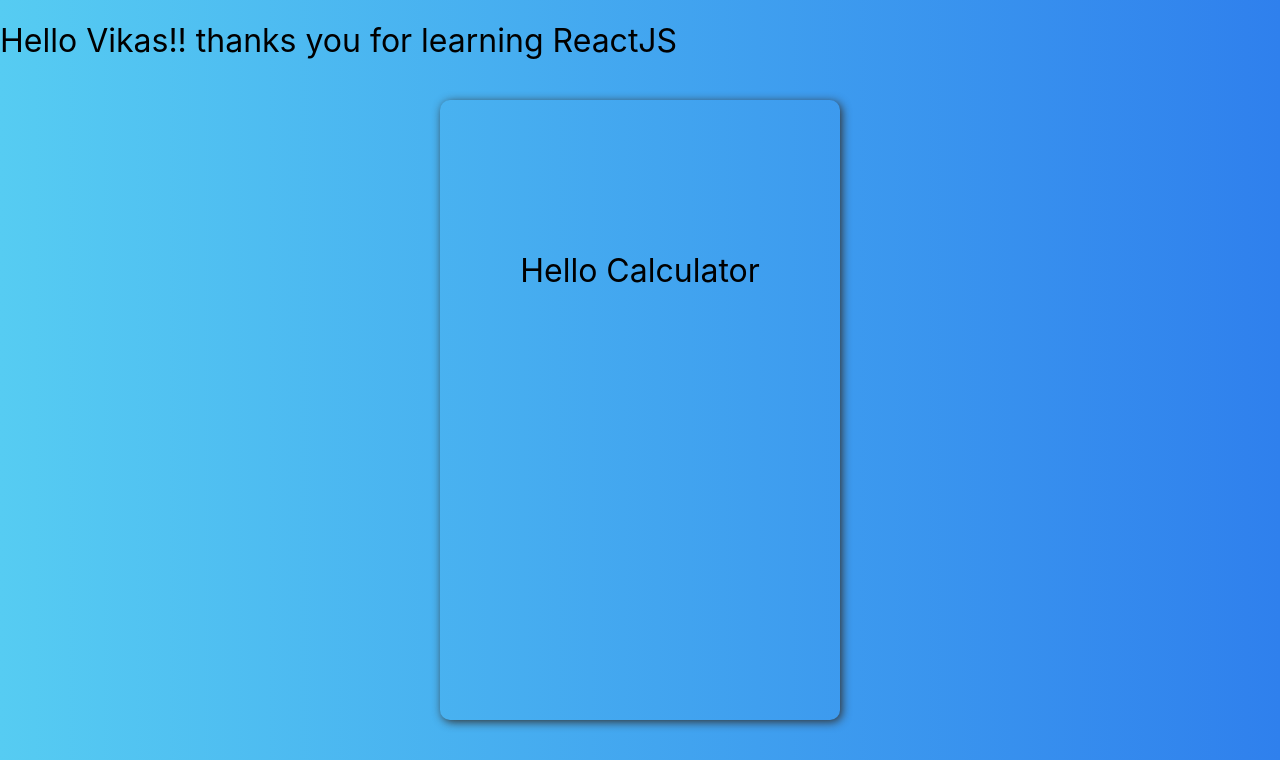
Repository: vikas-1234/calculator
Page: /
These files come from the project's save history. The page is drawn as it stood at one moment and after the next save; the edit follows.
The browser window is 1280 px wide. The pictures show the whole page.
The project was rebuilt for these pictures with package versions that can differ from the ones it lists, and the page was loaded fresh each time.

Above is the page before, as saved 2024-01-17 20:22:38.

After the next save:
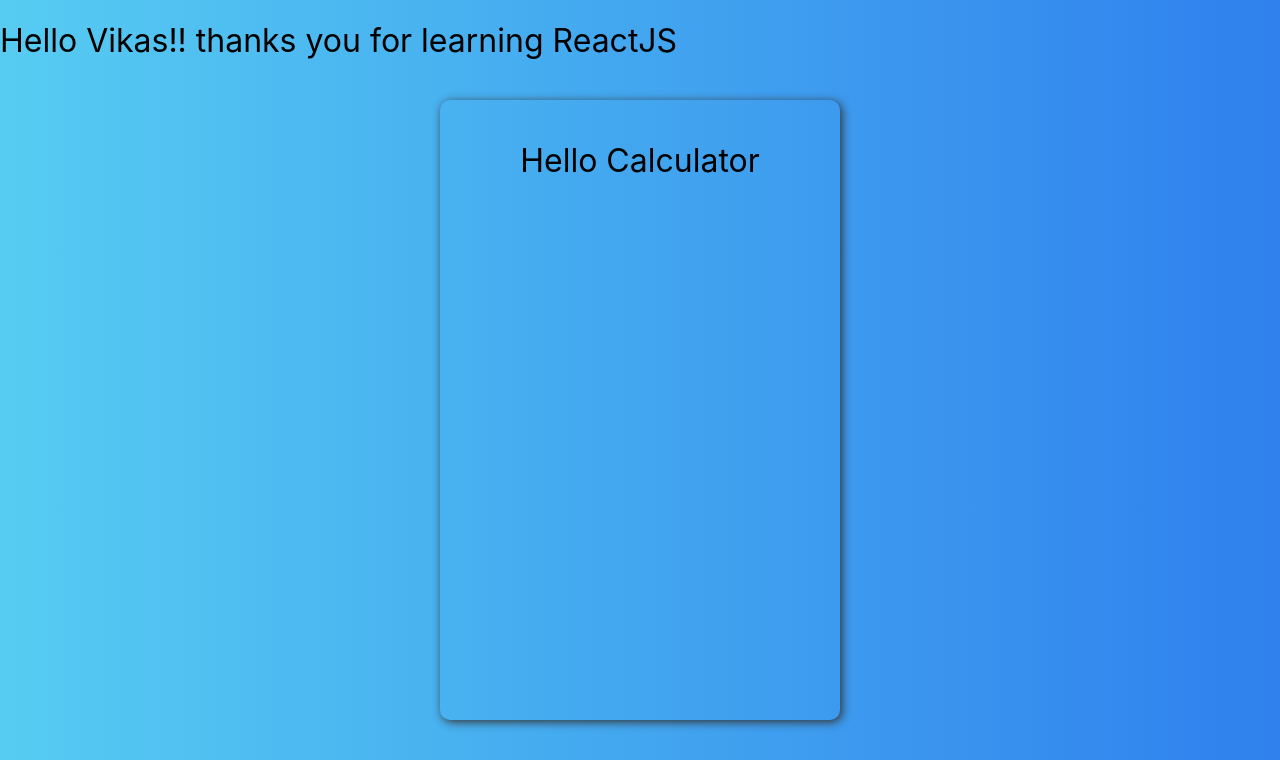
Saved 58 min 54 s later.
--- a/src/Components/Calculator.jsx
+++ b/src/Components/Calculator.jsx
@@ -6,8 +6,9 @@
   return (
     <>
     <Container>
+    <h1>Hello Calculator</h1>
       <Screen/>
-    <h1>Hello Calculator</h1>
+
     </Container>
 
     </>
